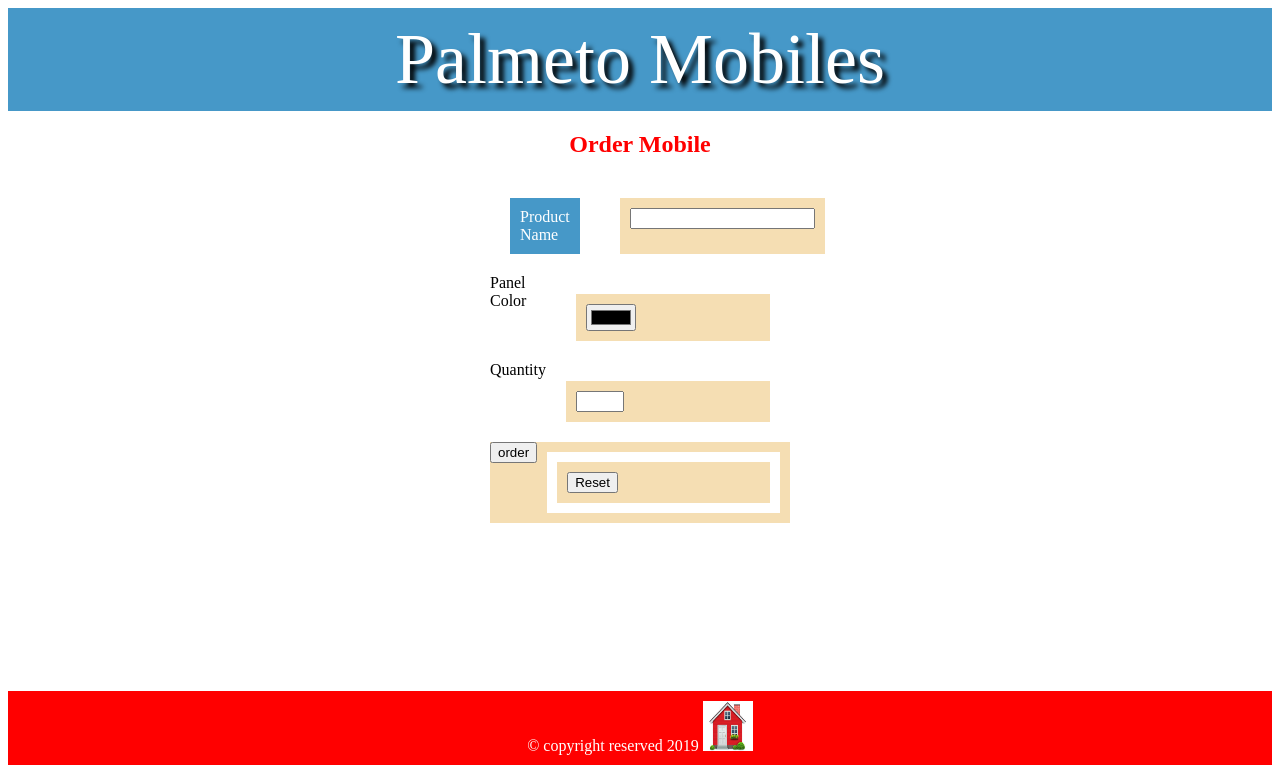
Repository: abhishekj720/HSBCLearn
Page: html/HtmlCssDemo/WebContent/order.html
These files come from the project's save history. The page is drawn as it stood at one moment and after the next save; the edit follows.
The browser window is 1280 px wide. The pictures show the whole page.

Above is the page before, as saved 2019-07-29 10:45:41.

After the next save:
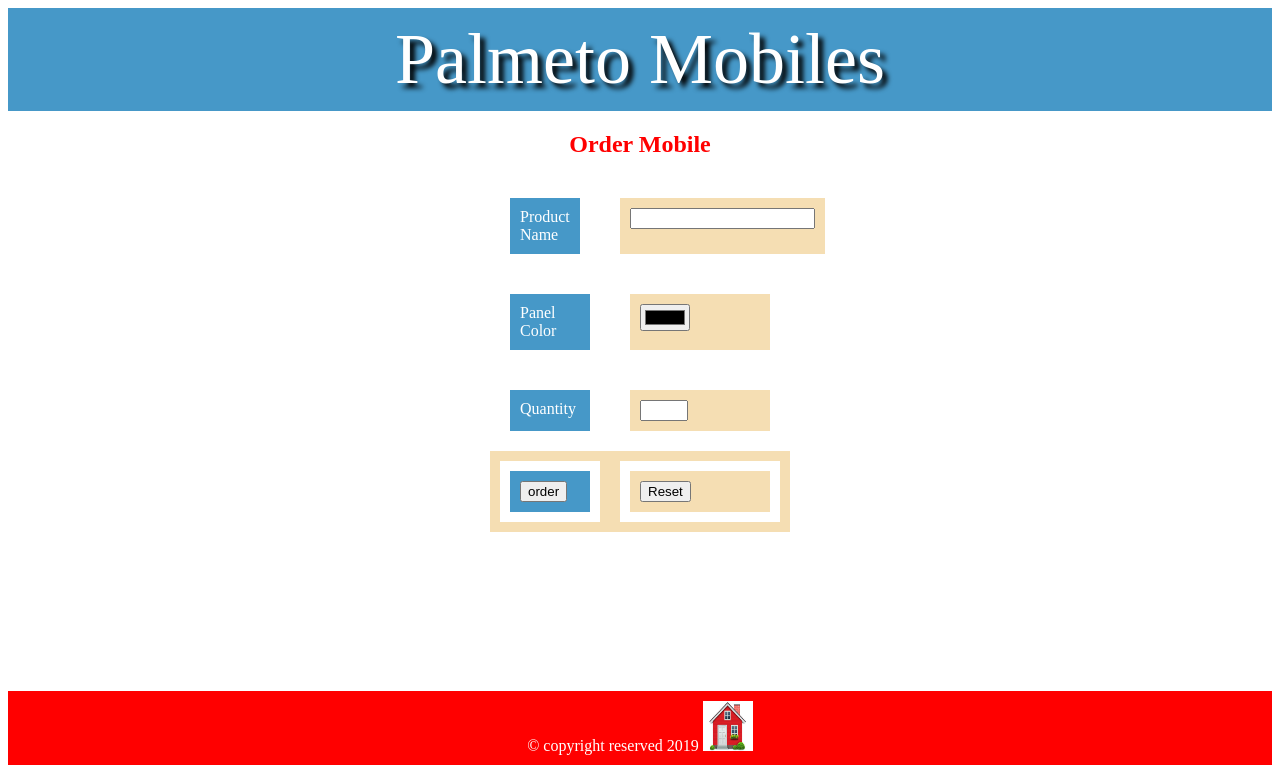
Saved 38 s later.
--- a/html/HtmlCssDemo/WebContent/order.html
+++ b/html/HtmlCssDemo/WebContent/order.html
@@ -32,15 +32,15 @@
 			</div>
 
 			<div class="row">
-				<div clas="title">Panel Color</div>
+				<div class="title">Panel Color</div>
 				<div class="data"><input type="color" name="pclr"/></div>
 			</div>
 			<div class="row">
-				<div clas="title">Quantity</div>
+				<div class="title">Quantity</div>
 				<div class="data"><input type="number" name="quantity" min="1" max="5"/></div>
 			</div>
 			<div class="row" style="background-color:wheat">
-				<div clas="title"><input type="submit" value="order"/></div>
+				<div class="title"><input type="submit" value="order"/></div>
 				<div class="data"><input type="reset"/></div>
 			</div>
 		</section>
